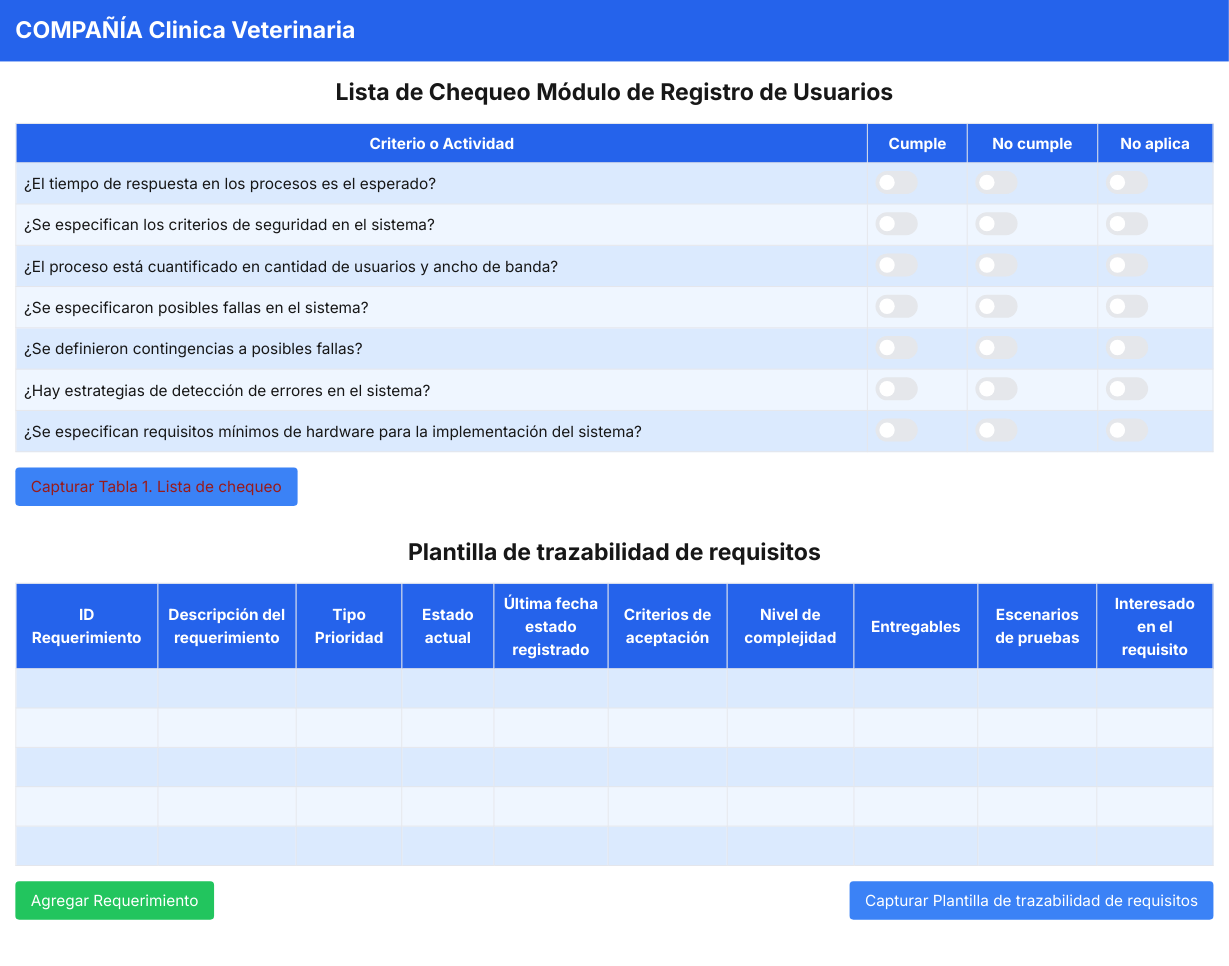
Repository: CiroAlfa/lista-de-Chequeo
Page: /
The author's editor kept a copy of each file at every save. The page is drawn from the files as they stood at one save, then again after the next save.
The browser window is 1280 px wide. The pictures show the whole page, at 96% of full size.
The project was rebuilt for these pictures with package versions that can differ from the ones it lists, and the page was loaded fresh each time. The framework's server and built-in components were replaced by stand-ins that run in the browser. Also part of the build but not shown: next.config.mjs.

Above is the page before, as saved 2024-09-27 13:11:05.

### src/app/layout.tsx
import './globals.css'
import type { Metadata } from 'next'
import { Inter } from 'next/font/google'

const inter = Inter({ subsets: ['latin'] })

export const metadata: Metadata = {
  title: 'Checklist App - Clinica Veterinaria',
  description: 'Aplicación de chequeo y trazabilidad de requisitos',
}

export default function RootLayout({
  children,
}: {
  children: React.ReactNode
}) {
  return (
    <html lang="es">
      <body className={inter.className}>
        <header className="bg-blue-600 text-white p-4">
          <h1 className="text-2xl font-bold">COMPAÑÍA Clinica Veterinaria</h1>
        </header>
        {children}
      </body>
    </html>
  )
}

### src/app/page.tsx
'use client'

import { useState } from 'react'
import { Switch } from '@headlessui/react'
import html2canvas from 'html2canvas'

interface ChecklistItem {
  id: number
  criteria: string
  cumple: boolean
  noCumple: boolean
  noAplica: boolean
}

interface RequirementItem {
  id: string
  description: string
  priority: string
  status: string
  lastUpdated: string
  acceptanceCriteria: string
  complexity: string
  deliverables: string
  testScenarios: string
  stakeholder: string
}

const initialChecklist: ChecklistItem[] = [
  { id: 1, criteria: '¿El tiempo de respuesta en los procesos es el esperado?', cumple: false, noCumple: false, noAplica: false },
  { id: 2, criteria: '¿Se especifican los criterios de seguridad en el sistema?', cumple: false, noCumple: false, noAplica: false },
  { id: 3, criteria: '¿El proceso está cuantificado en cantidad de usuarios y ancho de banda?', cumple: false, noCumple: false, noAplica: false },
  { id: 4, criteria: '¿Se especificaron posibles fallas en el sistema?', cumple: false, noCumple: false, noAplica: false },
  { id: 5, criteria: '¿Se definieron contingencias a posibles fallas?', cumple: false, noCumple: false, noAplica: false },
  { id: 6, criteria: '¿Hay estrategias de detección de errores en el sistema?', cumple: false, noCumple: false, noAplica: false },
  { id: 7, criteria: '¿Se especifican requisitos mínimos de hardware para la implementación del sistema?', cumple: false, noCumple: false, noAplica: false },
]

const initialRequirements: RequirementItem[] = Array(5).fill(null).map((_, index) => ({
  id: ``,
  description: '',
  priority: '',
  status: '',
  lastUpdated: '',
  acceptanceCriteria: '',
  complexity: '',
  deliverables: '',
  testScenarios: '',
  stakeholder: '',
}))

export default function Home() {
  const [checklist, setChecklist] = useState<ChecklistItem[]>(initialChecklist)
  const [requirements, setRequirements] = useState<RequirementItem[]>(initialRequirements)

  const handleChecklistChange = (id: number, field: 'cumple' | 'noCumple' | 'noAplica') => {
    setChecklist(checklist.map(item => {
      if (item.id === id) {
        const newItem = { ...item, [field]: !item[field] }
        if (newItem[field]) {
          newItem.cumple = field === 'cumple'
          newItem.noCumple = field === 'noCumple'
          newItem.noAplica = field === 'noAplica'
        }
        return newItem
      }
      return item
    }))
  }

  const handleRequirementChange = (id: string, field: keyof RequirementItem, value: string) => {
    setRequirements(requirements.map(item =>
      item.id === id ? { ...item, [field]: value } : item
    ))
  }

  const addRequirement = () => {
    const newId = `REQ00${requirements.length + 1}`
    setRequirements([...requirements, {
      id: newId,
      description: '',
      priority: '',
      status: '',
      lastUpdated: '',
      acceptanceCriteria: '',
      complexity: '',
      deliverables: '',
      testScenarios: '',
      stakeholder: '',
    }])
  }

  const captureScreenshot = async (elementId: string, fileName: string) => {
    const element = document.getElementById(elementId)
    if (element) {
      const canvas = await html2canvas(element)
      const image = canvas.toDataURL('image/png')
      const link = document.createElement('a')
      link.href = image
      link.download = fileName
      link.click()
    }
  }

  return (
    <main className="container mx-auto p-4">
      <div className="mb-8" id="checklist-table">
        <h2 className="text-2xl font-bold mb-4 text-center">Lista de Chequeo Módulo de Registro de Usuarios</h2>
        <table className="w-full border-collapse">
          <thead>
            <tr className="bg-blue-600 text-white">
              <th className="border p-2">Criterio o Actividad</th>
              <th className="border p-2">Cumple</th>
              <th className="border p-2">No cumple</th>
              <th className="border p-2">No aplica</th>
            </tr>
          </thead>
          <tbody>
            {checklist.map((item, index) => (
              <tr key={item.id} className={index % 2 === 0 ? 'bg-blue-100' : 'bg-blue-50'}>
                <td className="border p-2">{item.criteria}</td>
                <td className="border p-2">
                  <Switch
                    checked={item.cumple}
                    onChange={() => handleChecklistChange(item.id, 'cumple')}
                    className={`${item.cumple ? 'bg-blue-600' : 'bg-gray-200'} relative inline-flex h-6 w-11 items-center rounded-full`}
                  >
                    <span className={`${item.cumple ? 'translate-x-6' : 'translate-x-1'} inline-block h-4 w-4 transform rounded-full bg-white transition`} />
                  </Switch>
                </td>
                <td className="border p-2">
                  <Switch
                    checked={item.noCumple}
                    onChange={() => handleChecklistChange(item.id, 'noCumple')}
                    className={`${item.noCumple ? 'bg-blue-600' : 'bg-gray-200'} relative inline-flex h-6 w-11 items-center rounded-full`}
                  >
                    <span className={`${item.noCumple ? 'translate-x-6' : 'translate-x-1'} inline-block h-4 w-4 transform rounded-full bg-white transition`} />
                  </Switch>
                </td>
                <td className="border p-2">
                  <Switch
                    checked={item.noAplica}
                    onChange={() => handleChecklistChange(item.id, 'noAplica')}
                    className={`${item.noAplica ? 'bg-blue-600' : 'bg-gray-200'} relative inline-flex h-6 w-11 items-center rounded-full`}
                  >
                    <span className={`${item.noAplica ? 'translate-x-6' : 'translate-x-1'} inline-block h-4 w-4 transform rounded-full bg-white transition`} />
                  </Switch>
                </td>
              </tr>
            ))}
          </tbody>
        </table>
        <button
          onClick={() => captureScreenshot('checklist-table', 'lista-de-chequeo.png')}
          className="mt-4 bg-blue-500 text-red-800 px-4 py-2 rounded hover:bg-blue-600 transition-colors"
        >
          Capturar Tabla 1. Lista de chequeo
        </button>
      </div>

      <div className="mb-8" id="requirements-table">
        <h2 className="text-2xl font-bold mb-4 text-center">Plantilla de trazabilidad de requisitos</h2>
        <table className="w-full border-collapse">
          <thead>
            <tr className="bg-blue-600 text-white">
              <th className="border p-2">ID Requerimiento</th>
              <th className="border p-2">Descripción del requerimiento</th>
              <th className="border p-2">Tipo Prioridad</th>
              <th className="border p-2">Estado actual</th>
              <th className="border p-2">Última fecha estado registrado</th>
              <th className="border p-2">Criterios de aceptación</th>
              <th className="border p-2">Nivel de complejidad</th>
              <th className="border p-2">Entregables</th>
              <th className="border p-2">Escenarios de pruebas</th>
              <th className="border p-2">Interesado en el requisito</th>
            </tr>
          </thead>
          <tbody>
            {requirements.map((item, index) => (
              <tr key={index} className={index % 2 === 0 ? 'bg-blue-100' : 'bg-blue-50'}>
                <td className="border p-2">
                  <input
                    type="text"
                    value={item.id}
                    onChange={(e) => handleRequirementChange(item.id, 'id', e.target.value)}
                    className="w-full bg-transparent"
                  />
                </td>
                <td className="border p-2">
                  <input
                    type="text"
                    value={item.description}
                    onChange={(e) => handleRequirementChange(item.id, 'description', e.target.value)}
                    className="w-full bg-transparent"
                  />
                </td>
                <td className="border p-2">
                  <input
                    type="text"
                    value={item.priority}
                    onChange={(e) => handleRequirementChange(item.id, 'priority', e.target.value)}
                    className="w-full bg-transparent"
                  />
                </td>
                <td className="border p-2">
                  <input
                    type="text"
                    value={item.status}
                    onChange={(e) => handleRequirementChange(item.id, 'status', e.target.value)}
                    className="w-full bg-transparent"
                  />
                </td>
                <td className="border p-2">
                  <input
                    type="text"
                    value={item.lastUpdated}
                    onChange={(e) => handleRequirementChange(item.id, 'lastUpdated', e.target.value)}
                    className="w-full bg-transparent"
                  />
                </td>
                <td className="border p-2">
                  <input
                    type="text"
                    value={item.acceptanceCriteria}
                    onChange={(e) => handleRequirementChange(item.id, 'acceptanceCriteria', e.target.value)}
                    className="w-full bg-transparent"
                  />
                </td>
                <td className="border p-2">
                  <input
                    type="text"
                    value={item.complexity}
                    onChange={(e) => handleRequirementChange(item.id, 'complexity', e.target.value)}
                    className="w-full bg-transparent"
                  />
                </td>
                <td className="border p-2">
                  <input
                    type="text"
                    value={item.deliverables}
                    onChange={(e) => handleRequirementChange(item.id, 'deliverables', e.target.value)}
                    className="w-full bg-transparent"
                  />
                </td>
                <td className="border p-2">
                  <input
                    type="text"
                    value={item.testScenarios}
                    onChange={(e) => handleRequirementChange(item.id, 'testScenarios', e.target.value)}
                    className="w-full bg-transparent"
                  />
                </td>
                <td className="border p-2">
                  <input
                    type="text"
                    value={item.stakeholder}
                    onChange={(e) => handleRequirementChange(item.id, 'stakeholder', e.target.value)}
                    className="w-full bg-transparent"
                  />
                </td>
              </tr>
            ))}
          </tbody>
        </table>
        <div className="mt-4 flex justify-between">
          <button
            onClick={addRequirement}
            className="bg-green-500 text-white px-4 py-2 rounded hover:bg-green-600 transition-colors"
          >
            Agregar Requerimiento
          </button>
          <button
            onClick={() => captureScreenshot('requirements-table', 'plantilla-trazabilidad-requisitos.png')}
            className="bg-blue-500 text-white px-4 py-2 rounded hover:bg-blue-600 transition-colors"
          >
            Capturar Plantilla de trazabilidad de requisitos
          </button>
        </div>
      </div>
    </main>
  )
}

Loaded but not shown: src/app/globals.css (common file); tailwind.config.ts (common file)

After the next save:
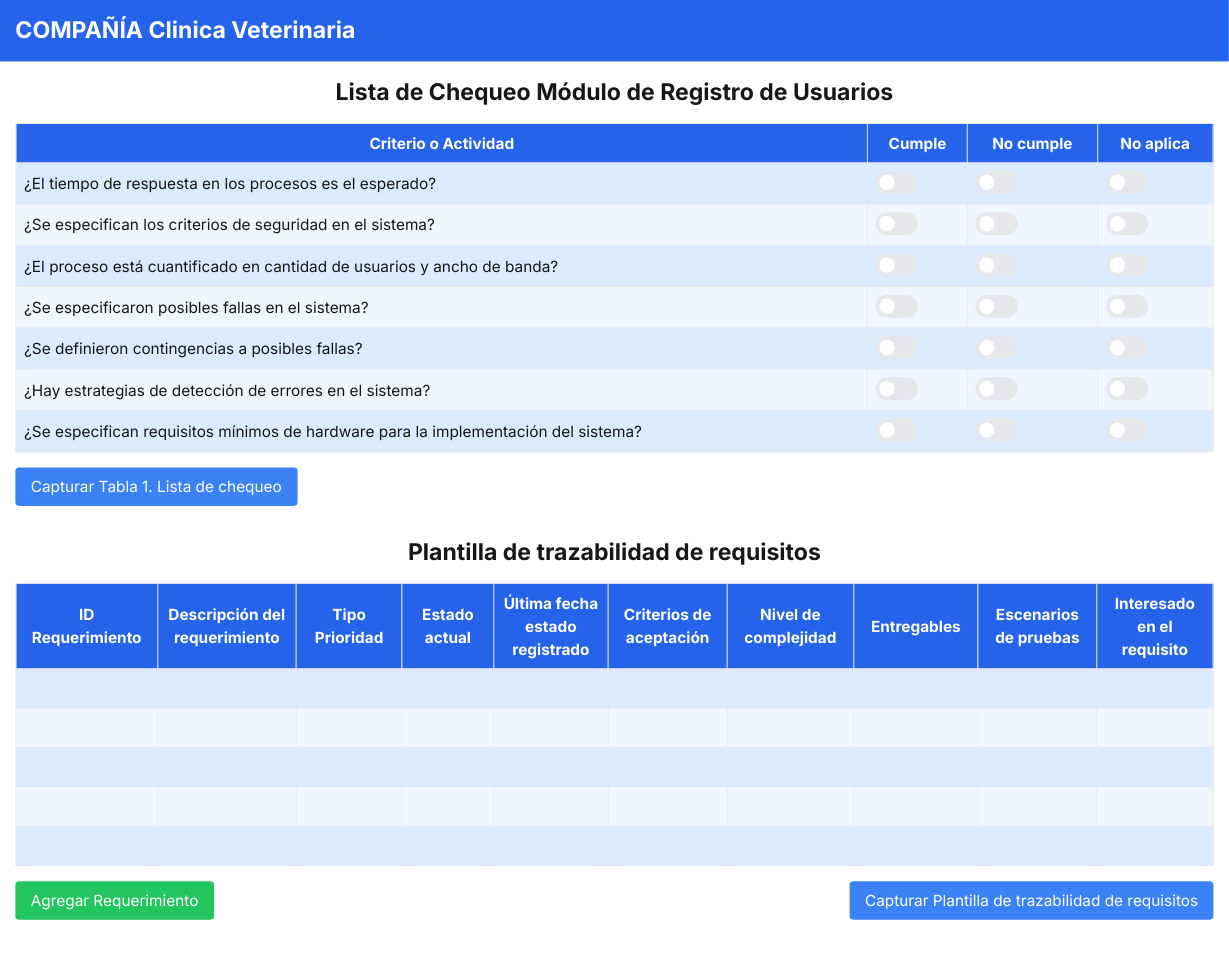
Saved 8 s later.
--- a/src/app/page.tsx
+++ b/src/app/page.tsx
@@ -151,7 +151,7 @@ export default function Home() {
         </table>
         <button
           onClick={() => captureScreenshot('checklist-table', 'lista-de-chequeo.png')}
-          className="mt-4 bg-blue-500 text-red-800 px-4 py-2 rounded hover:bg-blue-600 transition-colors"
+          className="mt-4 bg-blue-500 text-white px-4 py-2 rounded hover:bg-blue-600 transition-colors"
         >
           Capturar Tabla 1. Lista de chequeo
         </button>
